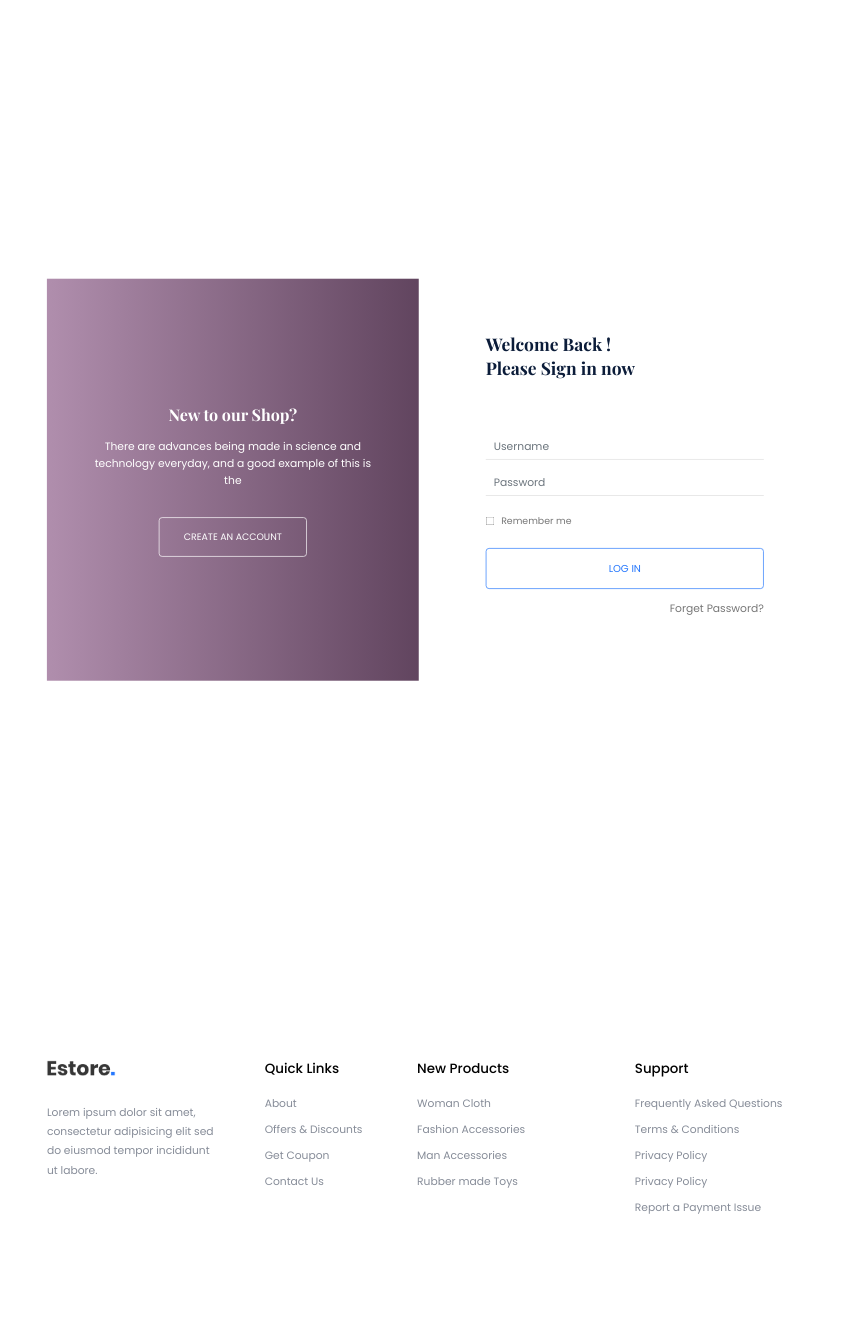
Repository: tuanloc782004/Estore-Bookshop-Website
Page: http://localhost/auth/login
These files come from the project's save history. The page is drawn as it stood at one moment and after the next save; the edit follows.
The browser window is 1280 px wide. The pictures show the whole page, at 67% of full size.
Some web fonts or font styles are not loaded; a fallback is used. The page is this project's Thymeleaf template; nobody is signed in. The template is opened directly, without the code that normally fills it, so the values that code supplies are empty.

Above is the page before, as saved 2024-10-26 03:05:56.

After the next save:
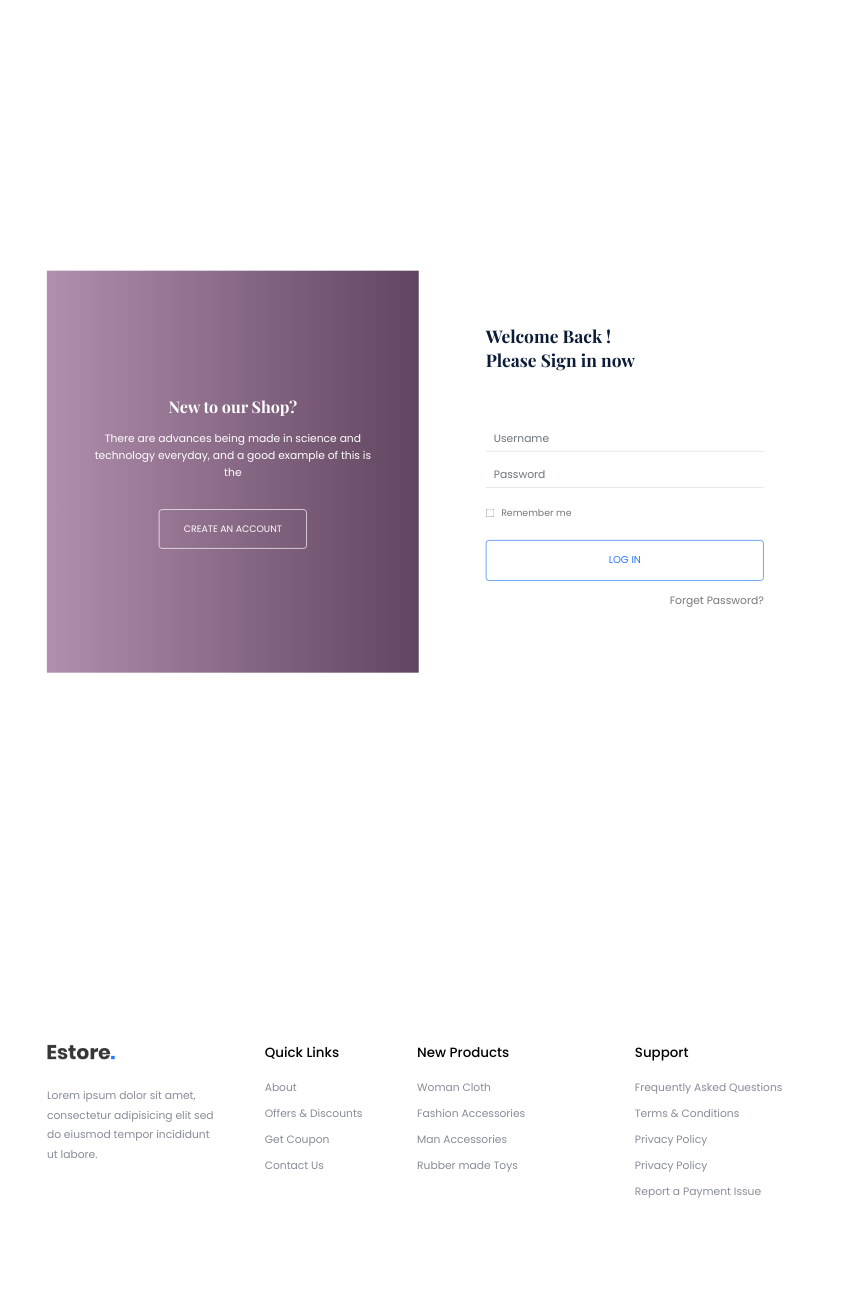
Saved 21 s later.
--- a/myscp/src/main/resources/templates/auth/login.html
+++ b/myscp/src/main/resources/templates/auth/login.html
@@ -9,7 +9,7 @@
 	<!--================login_part Area =================-->
 	<section class="login_part section_padding ">
 		<div class="container">
-			<div class="row align-items-center section_padding mt-3 mb-3">
+			<div class="row align-items-center section_padding mt-1 mb-1">
 				<div class="col-lg-6 col-md-6">
 					<div class="login_part_text text-center">
 						<div class="login_part_text_iner">
